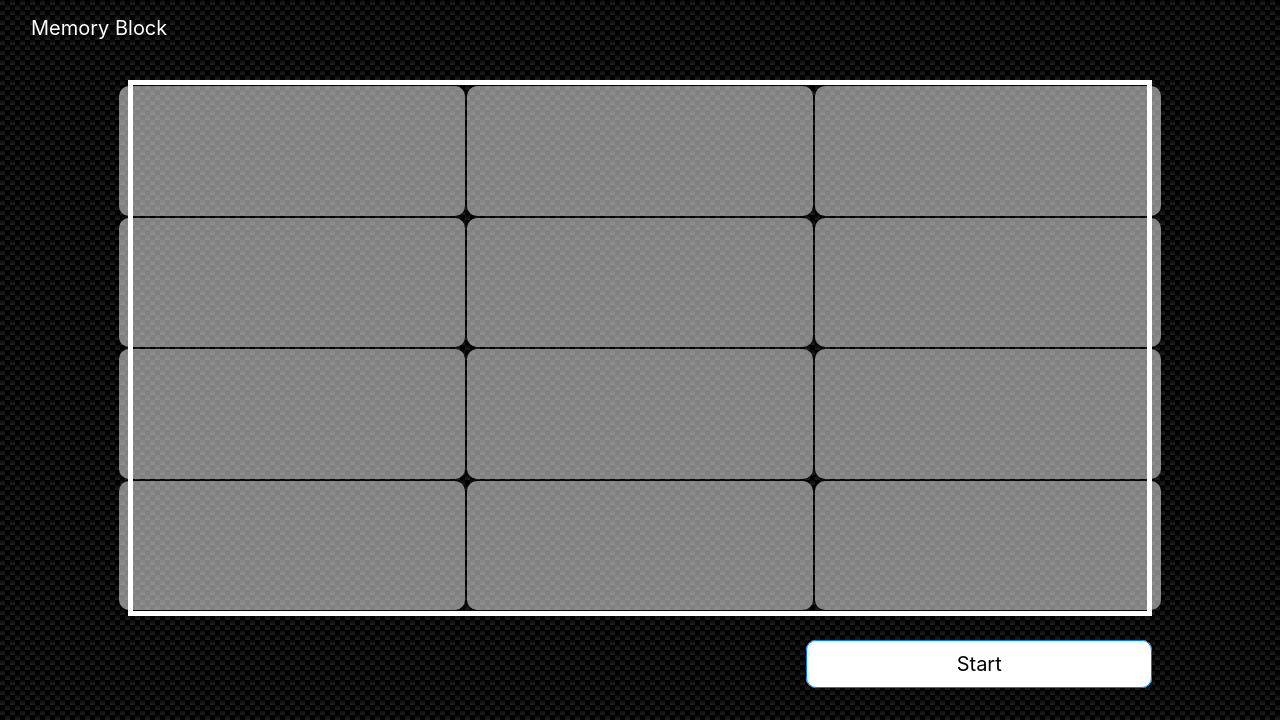
Repository: chrisrees85/memory-block
Page: easy.html
The author's editor kept a record of every edit. The page is drawn from the files as they stood at one moment, then again after the next edit.
The browser window is 1280 px wide. The pictures show the whole page.

Above is the page before.

After the next edit:
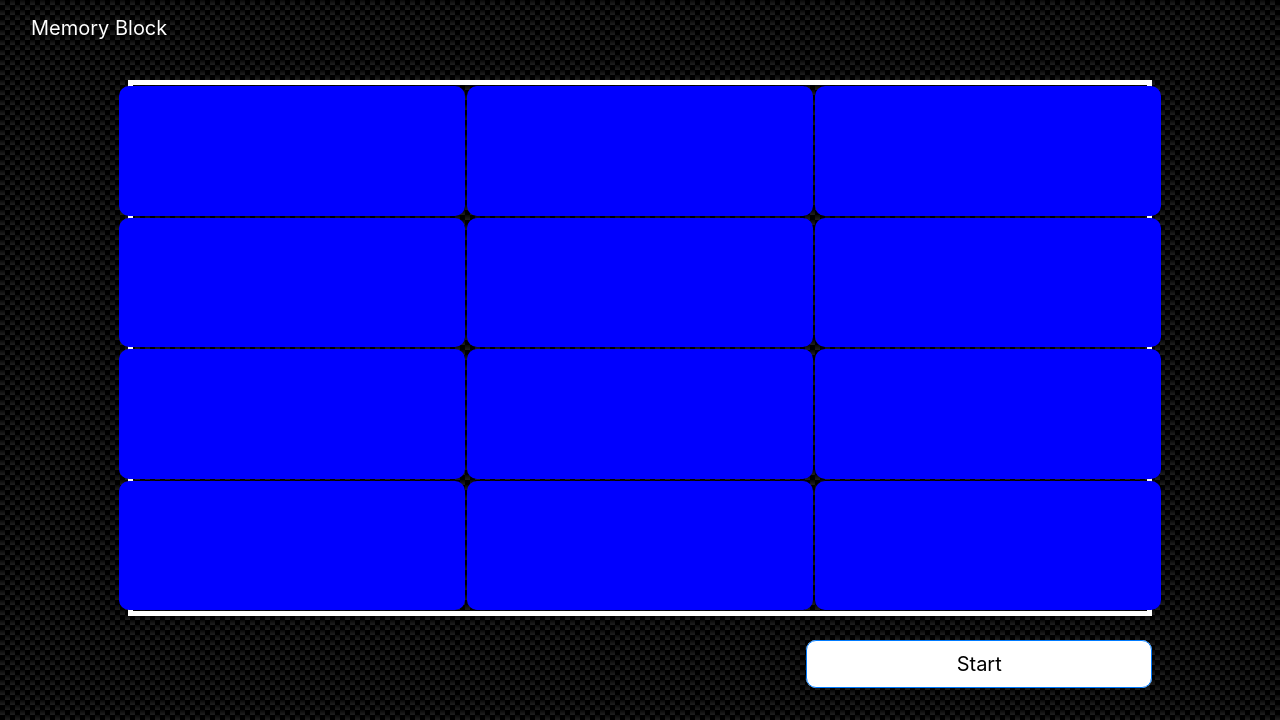
The edit:
--- a/easy.html
+++ b/easy.html
@@ -19,24 +19,24 @@
     </br>
     <div class="board">
         <div class="row">
-            <div class="col tiles"></div>
-            <div class="col tiles"></div>
-            <div class="col tiles"></div>
+            <div class="col tiles blue"></div>
+            <div class="col tiles blue"></div>
+            <div class="col tiles blue"></div>
         </div>
         <div class="row">
-            <div class="col tiles"></div>
-            <div class="col tiles"></div>
-            <div class="col tiles"></div>
+            <div class="col tiles blue"></div>
+            <div class="col tiles blue"></div>
+            <div class="col tiles blue"></div>
         </div>
         <div class="row">
-            <div class="col tiles"></div>
-            <div class="col tiles"></div>
-            <div class="col tiles"></div>
+            <div class="col tiles blue"></div>
+            <div class="col tiles blue"></div>
+            <div class="col tiles blue"></div>
         </div>
         <div class="row">
-            <div class="col tiles"></div>
-            <div class="col tiles"></div>
-            <div class="col tiles"></div>
+            <div class="col tiles blue"></div>
+            <div class="col tiles blue"></div>
+            <div class="col tiles blue"></div>
         </div>
     </div>
     </br>
